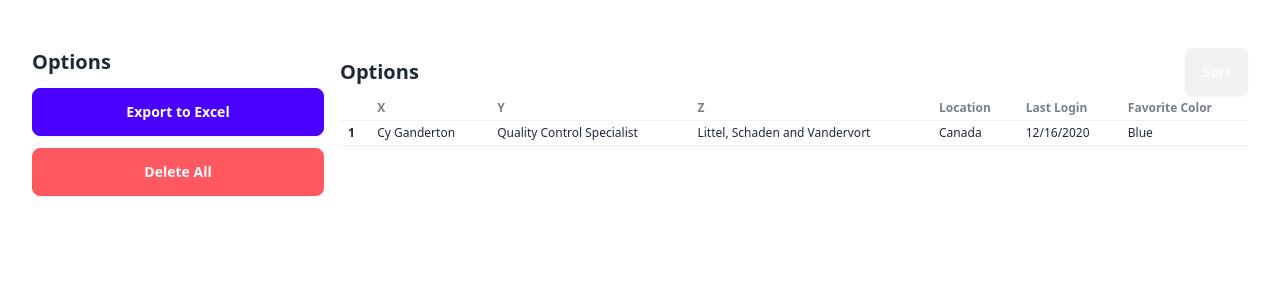
Repository: khulqu15/khafsin_server
Page: http://localhost/
An editor plug-in stored every save of this project. The page is shown before and after the next save, followed by the edit.
The browser window is 1280 px wide. The pictures show the whole page.
Some web libraries are served in a nearby version. The page is served by the project's Laravel application, run on PHP 8.4 with Laravel 12. Other server files are loaded and not shown. Queries for data that is not in the repository find no rows.

Above is the page before, as saved 2024-10-25 02:55:52.

### routes/web.php
<?php

use App\Http\Controllers\ImuController;
use Illuminate\Support\Facades\Route;

Route::get('/', [ImuController::class, 'home']);

### app/Http/Controllers/ImuController.php
<?php

namespace App\Http\Controllers;

use App\Models\Imu;
use Exception;
use Illuminate\Database\Eloquent\ModelNotFoundException;
use Illuminate\Http\Request;
use Illuminate\Support\Carbon;

class ImuController extends Controller
{

    public function home(Request $request) {
        $query = Imu::query();
        if ($request->has(['start_date', 'end_date'])) {
            $start_date = Carbon::parse($request->input('start_date'))->startOfDay();
            $end_date = Carbon::parse($request->input('end_date'))->endOfDay();
            $query->whereBetween('created_at', [$start_date, $end_date]);
        }
        $imus = $query->orderBy('created_at', 'desc')->get();
        return view('welcome')->with('imus', $imus);
    }

    /**
     * Display a listing of the resource.
     */
    public function index(Request $request)
    {
        try {
            $query = Imu::query();

            if ($request->has(['start_date', 'end_date'])) {
                $start_date = Carbon::parse($request->input('start_date'))->startOfDay();
                $end_date = Carbon::parse($request->input('end_date'))->endOfDay();
                $query->whereBetween('created_at', [$start_date, $end_date]);
            }
            $imus = $query->orderBy('created_at', 'desc')->get();
            return response()->json($imus);

        } catch (Exception $e) {
            return $this->handleException($e);
        }
    }

    /**
     * Store a newly created resource in storage.
     */
    public function store(Request $request)
    {
        try {
            $validatedData = $request->validate([
                'x' => 'required|numeric',
                'y' => 'required|numeric',
                'z' => 'required|numeric',
                'location' => 'nullable|string',
                'status' => 'nullable|string',
                'description' => 'nullable|string',
                'lat' => 'nullable|numeric',
                'lon' => 'nullable|numeric',
                'alt' => 'nullable|numeric',
            ]);

            $imu = Imu::create($validatedData);

            return response()->json($imu, 201);

        } catch (Exception $e) {
            return $this->handleException($e);
        }
    }

    /**
     * Display the specified resource.
     */
    public function show(string $id)
    {
        try {
            $imu = Imu::findOrFail($id);
            return response()->json($imu);

        } catch (ModelNotFoundException $e) {
            return $this->handleException($e);

        } catch (Exception $e) {
            return $this->handleException($e);
        }
    }

    /**
     * Update the specified resource in storage.
     */
    public function update(Request $request, string $id)
    {
        try {
            $imu = Imu::findOrFail($id);

            $validatedData = $request->validate([
                'x' => 'required|numeric',
                'y' => 'required|numeric',
                'z' => 'required|numeric',
                'location' => 'nullable|string',
                'status' => 'nullable|string',
                'description' => 'nullable|string',
                'lat' => 'nullable|numeric',
                'lon' => 'nullable|numeric',
                'alt' => 'nullable|numeric',
            ]);

            $imu->update($validatedData);

            return response()->json($imu);

        } catch (ModelNotFoundException $e) {
            return $this->handleException($e);

        } catch (Exception $e) {
            return $this->handleException($e);
        }
    }

    /**
     * Remove the specified resource from storage.
     */
    public function destroy(string $id)
    {
        try {
            $imu = Imu::findOrFail($id);
            $imu->delete();
            return response()->json(['message' => 'IMU record deleted successfully']);

        } catch (ModelNotFoundException $e) {
            return $this->handleException($e);

        } catch (Exception $e) {
            return $this->handleException($e);
        }
    }
}

### app/Http/Controllers/Controller.php
<?php

namespace App\Http\Controllers;

use Exception;
use Illuminate\Http\JsonResponse;
use Illuminate\Http\Response;

abstract class Controller
{
    protected function handleException(Exception $e): JsonResponse
    {
        return response()->json([
            'error' => true,
            'message' => $e->getMessage(),
            'code' => $e->getCode(),
        ], $e instanceof \Illuminate\Database\Eloquent\ModelNotFoundException ? Response::HTTP_NOT_FOUND : Response::HTTP_INTERNAL_SERVER_ERROR);
    }
}

### app/Models/Imu.php
<?php

namespace App\Models;

use Illuminate\Database\Eloquent\Model;

class Imu extends Model
{
    protected $table = 'imus';
    protected $primaryKey = 'id';

    protected $fillable = [
        'x',
        'y',
        'z',
        'location',
        'status',
        'description',
        'lat',
        'lon',
        'alt',
    ];
}

### resources/views/welcome.blade.php
<!DOCTYPE html>
<html lang="{{ str_replace('_', '-', app()->getLocale()) }}">
    <head>
        <meta charset="utf-8">
        <meta name="viewport" content="width=device-width, initial-scale=1">

        <title>Khafsin App</title>

        <link href="https://cdn.jsdelivr.net/npm/daisyui@4.12.13/dist/full.min.css" rel="stylesheet" type="text/css" />
        <script src="https://cdn.tailwindcss.com"></script>
    </head>
    <body>
        <div class="container mx-auto w-full min-h-screen py-12 px-8">
            <div class="w-full grid grid-cols-8 gap-4">
                <div class="md:col-span-2 col-span-8 space-y-3">
                    <h2 class="text-xl font-bold">Options</h2>
                    <button class="btn btn-primary w-full text-white">Export to Excel</button>
                    <button class="btn btn-error w-full text-white">Delete All</button>
                </div>
                <div class="md:col-span-6 col-span-8">
                    <div class="flex items-center justify-between">
                        <h2 class="text-xl font-bold">Options</h2>
                        <button class="btn btn-base-200 text-white">Sort</button>
                    </div>
                    <div class="h-[80vh] w-full overflow-auto">
                        <table class="table table-xs">
                            <thead>
                              <tr>
                                <th></th>
                                <th>X</th>
                                <th>Y</th>
                                <th>Z</th>
                                <th>Location</th>
                                <th>Last Login</th>
                                <th>Favorite Color</th>
                              </tr>
                            </thead>
                            <tbody>
                              <tr>
                                <th>1</th>
                                <td>Cy Ganderton</td>
                                <td>Quality Control Specialist</td>
                                <td>Littel, Schaden and Vandervort</td>
                                <td>Canada</td>
                                <td>12/16/2020</td>
                                <td>Blue</td>
                              </tr>
                            </tbody>
                        </table>
                    </div>
                </div>
            </div>
        </div>
    </body>
</html>

After the next save:
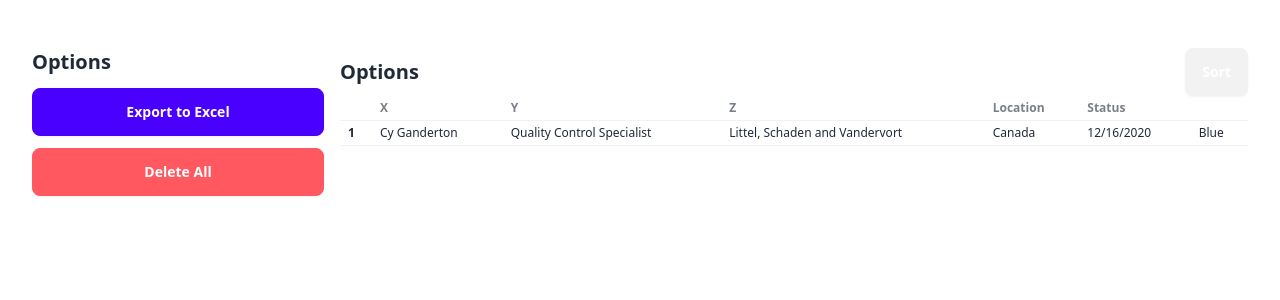
Saved 23 s later.
--- a/resources/views/welcome.blade.php
+++ b/resources/views/welcome.blade.php
@@ -31,8 +31,7 @@
                                 <th>Y</th>
                                 <th>Z</th>
                                 <th>Location</th>
-                                <th>Last Login</th>
-                                <th>Favorite Color</th>
+                                <th>Status</th>
                               </tr>
                             </thead>
                             <tbody>
